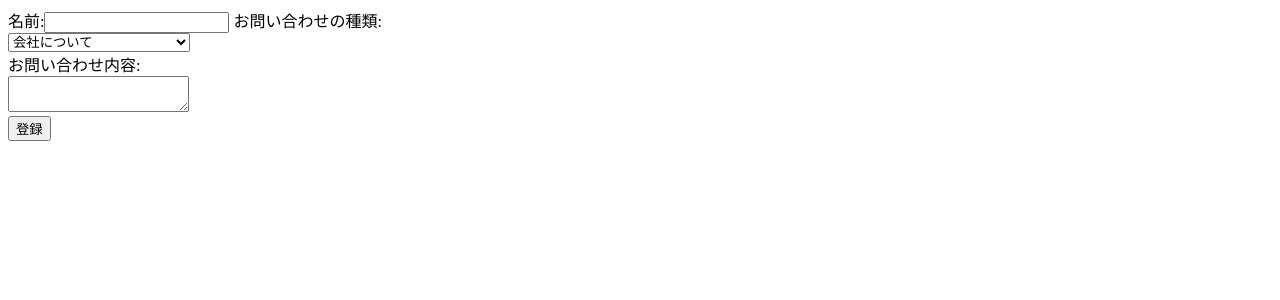
Repository: shimizuyusuke/backup
Page: http://localhost/HelloServlet2/inquiry.jsp
The author's editor kept a copy of each file at every save. The page is drawn from the files as they stood at one save, then again after the next save.
The browser window is 1280 px wide. The pictures show the whole page.
The page is served by Tomcat 9.

Above is the page before, as saved 2018-01-18 02:17:54.

After the next save:
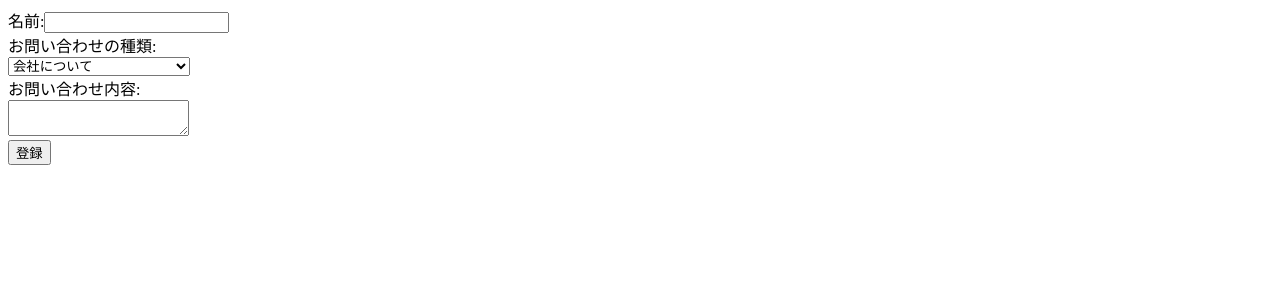
Saved 12 s later.
--- a/HelloServlet2/WebContent/inquiry.jsp
+++ b/HelloServlet2/WebContent/inquiry.jsp
@@ -9,7 +9,7 @@
 <body>
 
 <form method="post" action="InquiryServlet">
-   名前:<input type="text" name="name">
+   名前:<input type="text" name="name"><br>
    お問い合わせの種類:<br><select name="qtype">
       <option value="company">会社について</option>
       <option value="product">製品について</option>
